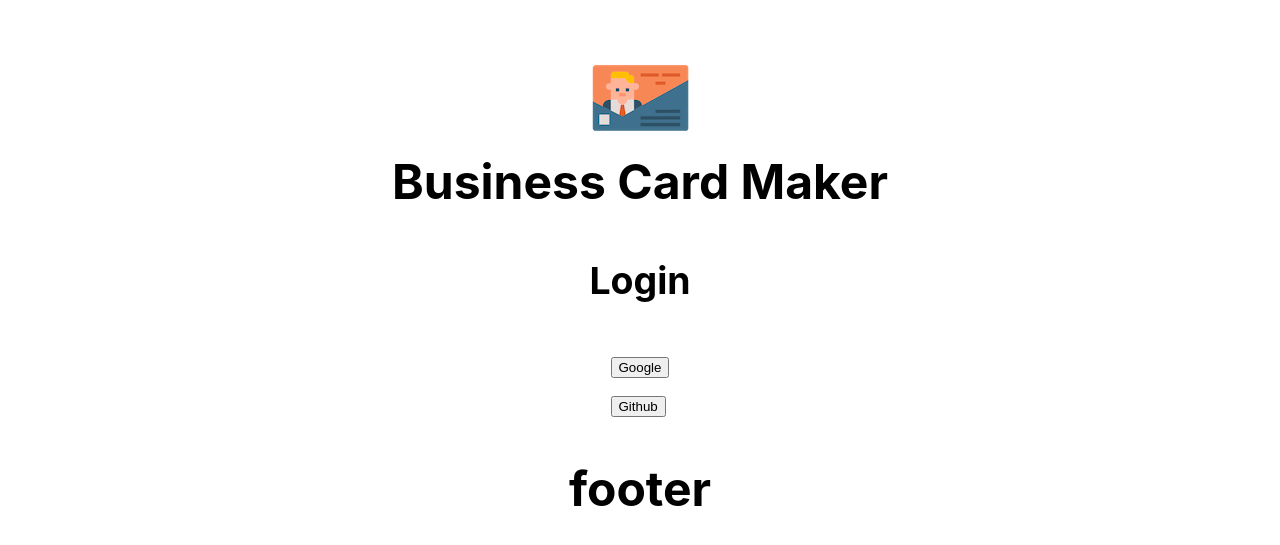
Repository: gomgomigom/firebase_practice_card_maker
Page: /
These files come from the project's save history. The page is drawn as it stood at one moment and after the next save; the edit follows.
The browser window is 1280 px wide. The pictures show the whole page.
The page's requests for data from a server got no answer. The project was rebuilt for these pictures with package versions that can differ from the ones it lists, and the page was loaded fresh each time. No one was signed in, and anything a server would have sent is missing.

Above is the page before, as saved 2022-01-21 13:52:49.

### public/index.html
<!DOCTYPE html>
<html lang="en">
  <head>
    <meta charset="utf-8" />
    <link rel="icon" href="./images/logo.png" />
    <meta name="viewport" content="width=device-width, initial-scale=1" />
    <meta name="theme-color" content="#000000" />
    <meta
      name="description"
      content="Web site created using create-react-app"
    />
    <title>Card-Maker</title>
  </head>
  <body>
    <noscript>You need to enable JavaScript to run this app.</noscript>
    <div id="root"></div>
  </body>
</html>

### src/index.js
import React from 'react';
import ReactDOM from 'react-dom';
import './index.module.css';
import App from './app';
import AuthService from './service/auth_service';

const authService = new AuthService();
ReactDOM.render(
  <React.StrictMode>
    <App authService={authService} />
  </React.StrictMode>,
  document.getElementById('root')
);

### src/app.js
import './app.css';
import Login from './components/login/login';

function App({ authService }) {
  return (
    <h1>
      <Login authService={authService} />
    </h1>
  );
}

export default App;

### src/service/auth_service.js
import firebase from 'firebase';
import firebaseApp from './firebase';

class AuthService {
  login(providerName) {
    const authProvider = new firebase.auth[`${providerName}AuthProvider`]();
    return firebaseApp.auth().signInWithPopup(authProvider);
  }
}
export default AuthService;

### src/components/login/login.jsx
import React from 'react';
import Footer from '../footer/footer';
import Header from '../header/header';
import styles from './login.module.css';

const Login = ({ authService }) => {
  const onLogin = (event) => {
    authService //
      .login(event.currentTarget.textContent)
      .then(console.log);
  };

  return (
    <section className={styles.login}>
      <Header />
      <section className={styles.loginList}>
        <h1 className={styles.title}>Login</h1>
        <ul>
          <li>
            <button className={styles.button} onClick={onLogin}>
              Google
            </button>
          </li>
          <li>
            <button className={styles.button} onClick={onLogin}>
              Github
            </button>
          </li>
        </ul>
      </section>
      <Footer />
    </section>
  );
};

export default Login;

### src/service/firebase.js
import firebase from 'firebase';

const firebaseConfig = {
  apiKey: process.env.REACT_APP_FIREBASE_API_KEY,
  authDomain: process.env.REACT_APP_FIREBASE_AUTH_DOMAIN,
  projectId: process.env.REACT_APP_FIREBASE_PROJECT_ID,
  storageBucket: process.env.REACT_APP_FIREBASE_STORAGE_BUCKET,
};

const firebaseApp = firebase.initializeApp(firebaseConfig);

export default firebaseApp;

### src/components/footer/footer.jsx
import React from 'react';

const Footer = (props) => <h1>footer</h1>;

export default Footer;

### src/components/header/header.jsx
import React from 'react';
import styles from './header.module.css';

const Header = ({ onLogout }) => {
  return (
    <header className={styles.header}>
      {onLogout && (
        <button className={styles.button} onClick={onLogout}>
          Logout
        </button>
      )}
      <img className={styles.logo} src='/images/logo.png' alt='logo' />
      <h1 className={styles.title}>Business Card Maker</h1>
    </header>
  );
};

export default Header;

### src/components/login/login.module.css
@value makerGrey from '../../common/colors.css';
@value makerWhite from '../../common/colors.css';

.login {
  display: flex;
  flex-direction: column;
  align-items: center;
  justify-content: center;
  background-color: makerGrey;
  padding: 2rem;
}

.loginList {
  width: 40rem;
  flex-direction: column;
  display: flex;
  align-items: center;
  justify-content: center;
  background-color: makerWhite;
}

li {
  list-style: none;
}

ul {
  margin: 0;
  padding: 0;
}

.title {
  magin: 0.5rem;
}

### src/components/header/header.module.css
@value makerBlack from '../../common/colors.css';
@value makerGreen from '../../common/colors.css';
@value makerWhite from '../../common/colors.css';
@value makerWheat from '../../common/colors.css';

.header {
  width: 40rem;
  display: flex;
  flex-wrap: wrap;
  flex-direction: column;
  justify-content: center;
  align-items: center;
  font-size: 2rem;
  background-color: makerGreen;
}

.logo {
  margin: 0.6rem;
}

.title {
  color: makerWhite;
  margin: 0.6rem;
}

Loaded but not shown: src/index.module.css (common file); src/app.css (common file)

After the next save:
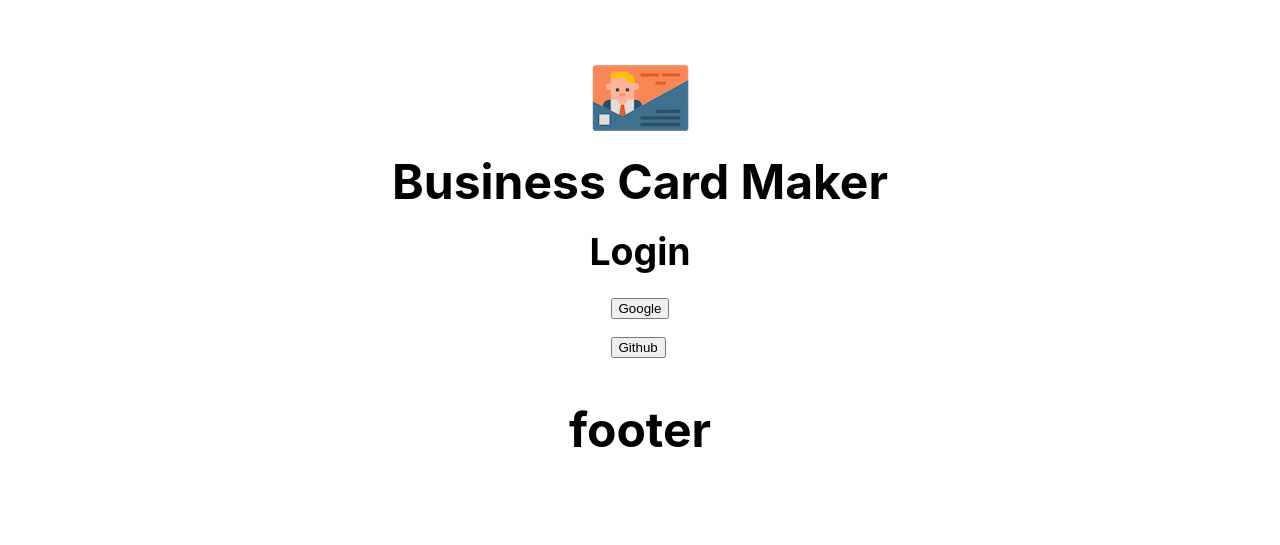
Saved 6 s later.
--- a/src/components/login/login.module.css
+++ b/src/components/login/login.module.css
@@ -29,5 +29,5 @@ ul {
 }
 
 .title {
-  magin: 0.5rem;
+  margin: 0.5rem;
 }
